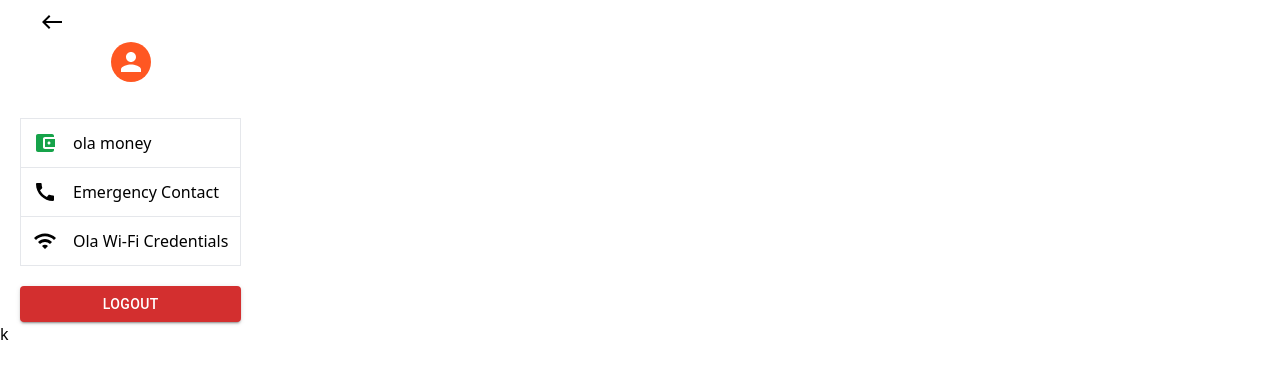
Repository: varijaalur155/cabbookingfrontend
Page: /profile
The author's editor kept a copy of each file at every save. The page is drawn from the files as they stood at one save, then again after the next save.
The browser window is 1280 px wide. The pictures show the whole page.
The project was rebuilt for these pictures with package versions that can differ from the ones it lists, and the page was loaded fresh each time. The framework's server and built-in components were replaced by stand-ins that run in the browser. Also part of the build but not shown: next.config.js, src/components/User/RidesCard/RideCard.jsx.

Above is the page before, as saved 2025-05-29 21:02:45.

### src/app/layout.js
import Providers from '@/Redux/Providers'
import './globals.css'
import { Inter } from 'next/font/google'

const inter = Inter({ subsets: ['latin'] })

export const metadata = {
  title: 'Create Next App',
  description: 'Generated by create next app',
}

export default function RootLayout({ children }) {
  return (
    <html lang="en">
      <body >
        <Providers Childeren={children}></Providers>

        </body>
    </html>
  )
}

### src/app/profile/page.jsx
"use client"
import Layout from '@/components/User/Layout/Layout'
import Profile from '@/components/User/Profile/Profile'
import React from 'react'

const page = () => {
  return (
    <div>
        <Layout children={<Profile/>}></Layout>
    </div>
  )
}

export default page

### src/Redux/Providers.jsx
"use client";
import React from "react";
import { Provider } from "react-redux";
import { store } from "./Store";

const Providers = ({ Childeren }) => {
  return <Provider store={store}>{Childeren}</Provider>;
};

export default Providers;

### src/components/User/Layout/Layout.jsx
import React, { Children } from 'react'
import {Grid,TextField,Button} from '@mui/material'

const Layout = ({children}) => {
  return (
    <main className="h-screen border-red-500 border-">
      <Grid container>
        <Grid item xs={12} md={12} lg={12}>
          { children}k
        </Grid>
        {/*
        <Grid item className="h-screen w-full " xs={0} md={4} lg={7}>
          <img
            className="w-full h-full object-cover object-right-top"
            src={
             "https://olawebcdn.com/images/v1/bg_city.jpg" || "/car.jpg"
            }
          ></img>
        </Grid>
        */}
      </Grid>
    </main>
  )
}

export default Layout

### src/components/User/Profile/Profile.jsx
"use client";

import React, { useEffect } from "react";
import WestIcon from "@mui/icons-material/West";
import RideCard from "../RidesCard/RideCard";
import { Avatar, Button } from "@mui/material";
import AccountBalanceWalletIcon from "@mui/icons-material/AccountBalanceWallet";


import { useRouter } from "next/navigation";
import { getUser, logout } from "@/Redux/Auth/Action";
import { useDispatch, useSelector } from "react-redux";
import { deepOrange } from "@mui/material/colors";
import { getCompletedRides } from "@/Redux/User/Action";
import CallIcon from '@mui/icons-material/Call';
import WifiIcon from '@mui/icons-material/Wifi';

const Profile = () => {
  const router = useRouter();
  const dispatch = useDispatch();
  const { auth,user } = useSelector((store) => store);
  const jwt = localStorage.getItem("jwt");
  const goBack = () => {
    router.back();
  };

  useEffect(() => {
    console.log("jwt --- ", jwt);
    if (jwt) {
      dispatch(getUser(jwt));
      dispatch(getCompletedRides());
    }
  }, [jwt]);

  const handleLogout = () => {
    dispatch(logout());
    router.push("/");
  };
  return (
    <div className="px-2 lg:px-5">
      <div className=" px-2 lg:px-5 py-2">
        <WestIcon className="cursor-pointer" onClick={goBack} />
      </div>
      <div className="flex flex-col items-center space-y-2">
        <Avatar sx={{ bgcolor: deepOrange[500] }}>
          {auth.user?.fullName ? auth.user?.fullName[0] : auth.user?.name[0]}
        </Avatar>
        <p>{auth.user?.fullName}</p>
        <p>{auth.user?.mobile}</p>
      </div>
     {user.completedRides.length>0 && <div className="border rounded-sm mt-5">
        <RideCard ride={user.completedRides[0]}/>
        {user.completedRides.length>1 && <div className="flex flex-col items-center p-3">
          <Button onClick={() => router.push("/your-rides")} variant="text">
            See all rides
          </Button>
        </div>}
      </div>}

      <div className="border mt-5">
        <div className="flex items-center p-3 border-b">
          <AccountBalanceWalletIcon className="text-green-600" />
          <p className="ml-4">ola money</p>
        </div>
        <div className="flex items-center p-3 border-b">
          <CallIcon />
          <p className="ml-4">Emergency Contact</p>
        </div>
        <div className="flex items-center p-3">
          <WifiIcon />
          <p className="ml-4">Ola Wi-Fi Credentials</p>
        </div>
      </div>

      <div className="mt-5">
        <Button
          onClick={handleLogout}
          className="w-full bg-red-500 text-white"
          color="error"
          variant="contained"
        >
          Logout
        </Button>
      </div>
    </div>
  );
};

export default Profile;

### src/Redux/Store.js
'use client'
import {applyMiddleware, combineReducers, legacy_createStore} from "redux"
import thunk from "redux-thunk";
import authReducer from "./Auth/Reducer";
import rideReducer from "./Ride/Reducer";
import driverReducer from "./Driver/Reducer";
import usersReducer from "./User/Reducer";



const rootReducers=combineReducers({
    auth:authReducer,
    ride:rideReducer,
    driver:driverReducer,
    user:usersReducer
});

export const store = legacy_createStore(rootReducers,applyMiddleware(thunk))

### src/Redux/Auth/Action.js
import axios from 'axios';
import {
  REGISTER_REQUEST,
  REGISTER_SUCCESS,
  REGISTER_FAILURE,
  LOGIN_REQUEST,
  LOGIN_SUCCESS,
  LOGIN_FAILURE,
  GET_USER_REQUEST,
  GET_USER_SUCCESS,
  GET_USER_FAILURE,
  LOGOUT
} from './ActionType';
import { API_BASE_URL, api } from '@/config/api';


// Register action creators
const registerRequest = () => ({ type: REGISTER_REQUEST });
const registerSuccess = (user) => ({ type: REGISTER_SUCCESS, payload:user });
const registerFailure = error => ({ type: REGISTER_FAILURE, payload: error });

export const registerUser = userData => async dispatch => {
  dispatch(registerRequest());
  try {
    const response=await axios.post(`${API_BASE_URL}/auth/user/signup`, userData);
    const user = response.data;
    if(user.jwt) localStorage.setItem("jwt",user.jwt)
    console.log("registerr :",user)
    dispatch(registerSuccess(user));
  } catch (error) {
    dispatch(registerFailure(error.message));
  }
};

// driver registration
export const registerDriver = userData => async dispatch => {
  dispatch(registerRequest());
  try {
    const response=await axios.post(`${API_BASE_URL}/auth/driver/signup`, userData);
    const user = response.data;
    if(user.jwt) localStorage.setItem("jwt",user.jwt)
    console.log("register driver :",user)
    dispatch(registerSuccess(user));
  } catch (error) {
    dispatch(registerFailure(error.message));
  }
};

// Login action creators
const loginRequest = () => ({ type: LOGIN_REQUEST });
const loginSuccess = user => ({ type: LOGIN_SUCCESS, payload: user });
const loginFailure = error => ({ type: LOGIN_FAILURE, payload: error });

export const login = userData => async dispatch => {
  dispatch(loginRequest());
  try {
    const response = await axios.post(`${API_BASE_URL}/auth/signin`, userData);
    const user = response.data;
    if(user.jwt) localStorage.setItem("jwt",user.jwt)
    console.log("login ",user)
    dispatch(loginSuccess(user));
  } catch (error) {
    dispatch(loginFailure(error.message));
  }
};



//  get user from token
export const getUser = (token) => {

  return async (dispatch) => {
    console.log("get user ",token)
    dispatch({ type: GET_USER_REQUEST });
    try {
      const response = await axios.get(`${API_BASE_URL}/profile`,{
        headers:{
          "Authorization":`Bearer ${token}`
        }
      });
      const user = response.data;
      dispatch({ type: GET_USER_SUCCESS, payload: user });
      console.log("req User ",user)
    } catch (error) {
      const errorMessage = error.message;
      dispatch({ type: GET_USER_FAILURE, payload: errorMessage });
    }
  };
};

//  get Driver from token
export const getDriver = (token) => {
  console.log("get driver ",token)
  return async (dispatch) => {
    dispatch({ type: GET_USER_REQUEST });
    try {
      const response = await axios.get(`${API_BASE_URL}/driver/profile`,{
        headers:{
          "Authorization":`Bearer ${token}`
        }
      });
      const user = response.data;
      dispatch({ type: GET_USER_SUCCESS, payload: user });
      console.log("req User ",user)
    } catch (error) {
      const errorMessage = error.message;
      dispatch({ type: GET_USER_FAILURE, payload: errorMessage });
    }
  };
};

export const logout = (token) => {
    return async (dispatch) => {
      dispatch({ type: LOGOUT });
      localStorage.clear();
    };
  };

### src/Redux/User/Action.js
import { api } from "@/config/api";
import {
  GET_COMPLETED_RIDES_FAILURE,
  GET_COMPLETED_RIDES_REQUEST,
  GET_COMPLETED_RIDES_SUCCESS,
} from "./ActionType";

export const getCompletedRides = () => {
  return async (dispatch) => {
    dispatch({ type: GET_COMPLETED_RIDES_REQUEST });

    try {
      const { data } = await api.get("/users/rides/completed");

      console.log("users completed rides",data)

      dispatch({
        type: GET_COMPLETED_RIDES_SUCCESS,
        payload: data,
      });

    } catch (error) {
      dispatch({
        type: GET_COMPLETED_RIDES_FAILURE,
        payload: error.message,
      });
    }
  };
};

export const generatePaymentLink = (rideId) => {
  return async (dispatch) => {
    // dispatch({ type: GET_COMPLETED_RIDES_REQUEST });

    try {
      const { data } = await api.post(`/payments/${+rideId}`);

      console.log("payment",data)

      // dispatch({
      //   type: GET_COMPLETED_RIDES_SUCCESS,
      //   payload: data,
      // });

      if(data.paymentLinkUrl){
        window.location.href=data.paymentLinkUrl;
      }

    } catch (error) {
      // dispatch({
      //   type: GET_COMPLETED_RIDES_FAILURE,
      //   payload: error.message,
      // });
      console.log("error ",error)
    }
  };
};

### src/Redux/Auth/Reducer.js

import {

    REGISTER_SUCCESS,
    REGISTER_FAILURE,
    LOGIN_REQUEST,
    LOGIN_SUCCESS,
    LOGIN_FAILURE,
    GET_USER_REQUEST,
    GET_USER_SUCCESS,
    GET_USER_FAILURE,
    LOGOUT,
    REGISTER_REQUEST,
  } from "./ActionType";

  const initialState = {
    user: null,
    isLoading: false,
    error: null,
  };

  const authReducer = (state = initialState, action) => {
    switch (action.type) {
      case REGISTER_REQUEST:
      case LOGIN_REQUEST:
        return { ...state, isLoading: true, error: null };
      case REGISTER_SUCCESS:
        return { ...state, isLoading: false };
      case REGISTER_FAILURE:
      case LOGIN_FAILURE:
        return { ...state, isLoading: false, error: action.payload };
      case LOGIN_SUCCESS:
        return { ...state, isLoading: false };
      case GET_USER_REQUEST:
        return { ...state, isLoading: true, error: null };
      case GET_USER_SUCCESS:
        return { ...state, isLoading: false, user: action.payload };
      case GET_USER_FAILURE:
        return { ...state, isLoading: false, error: action.payload };
        case LOGOUT:
          localStorage.removeItem("jwt");
          return { ...state, jwt: null, user: null };
      default:
        return state;
    }
  };

  export default authReducer;

### src/Redux/Ride/Reducer.js
// reducer.js

import {
  REQUEST_RIDE,
  REQUEST_RIDE_SUCCESS,
  REQUEST_RIDE_FAILURE,
  SEARCH_SUCCESS,
  SEARCH_REQUEST,
  SEARCH_FAILURE,
  FIND_RIDE_BY_ID_SUCCESS,
  FIND_RIDE_BY_ID,
  FIND_RIDE_BY_ID_FAILURE,
  ACCEPT_RIDE,
  ACCEPT_RIDE_SUCCESS,
  ACCEPT_RIDE_FAILURE,
  DECLINE_RIDE_SUCCESS,
  DECLINE_RIDE_FAILURE,
  DECLINE_RIDE,
  START_RIDE,
  START_RIDE_SUCCESS,
  START_RIDE_FAILURE,
  CURRENT_RIDE,
  CURRENT_RIDE_SUCCESS,
  CURRENT_RIDE_FAILURE,
  FINISH_RIDE_SUCCESS,
} from "./ActionType";

const initialState = {
  loading: false,
  ride: null,
  error: null,
  results: [],
};

const rideReducer = (state = initialState, action) => {
  switch (action.type) {
    case REQUEST_RIDE:
      return {
        ...state,
        loading: true,
        ride: null,
        error: null,
      };
    case REQUEST_RIDE_SUCCESS:
      return {
        ...state,
        loading: false,
        ride: action.payload,
        error: null,
      };
    case REQUEST_RIDE_FAILURE:
      return {
        ...state,
        loading: false,
        ride: null,
        error: action.payload,
      };

    case SEARCH_REQUEST:
      return {
        ...state,
        loading: true,
        error: null,
      };
    case SEARCH_SUCCESS:
      return {
        ...state,
        loading: false,
        results: action.payload,
        error: null,
      };
    case SEARCH_FAILURE:
      return {
        ...state,
        loading: false,
        results: [],
        error: action.payload,
      };
    case FIND_RIDE_BY_ID:
      return {
        ...state,
        loading: true,
        error: null,
      };
    case FIND_RIDE_BY_ID_SUCCESS:
      return {
        ...state,
        rideDetails: action.payload,
        loading: false,
        error: null,
      };
    case FIND_RIDE_BY_ID_FAILURE:
      return {
        ...state,
        ride: null,
        loading: false,
        error: action.payload,
      };
    case ACCEPT_RIDE:
      return { ...state, acceptingRide: true, error: null };
    case ACCEPT_RIDE_SUCCESS:
      return { ...state, acceptingRide: false, error: null };
    case ACCEPT_RIDE_FAILURE:
      return { ...state, acceptingRide: false, error: action.payload.error };
    case DECLINE_RIDE:
      return { ...state, decliningRide: true, error: null };
    case DECLINE_RIDE_SUCCESS:
      return { ...state, decliningRide: false, error: null };
    case DECLINE_RIDE_FAILURE:
      return { ...state, decliningRide: false, error: action.payload.error };
    case START_RIDE:
      return { ...state, startingRide: true, error: null };
    case START_RIDE_SUCCESS:
      return { ...state, startRide: action.payload, error: null };
    case START_RIDE_FAILURE:
      return { ...state, startingRide: false, error: action.payload.error };
    case CURRENT_RIDE:
      return { ...state, loading: true, error: null };
    case CURRENT_RIDE_SUCCESS:
      return {
        ...state,
        currentRide: action.payload,
        error: null,
        loading: false,
      };
    case CURRENT_RIDE_FAILURE:
      return {
        ...state,
        currentRide: null,
        error: action.payload.error,
        loading: false,
      };
      case FINISH_RIDE_SUCCESS:
      return {
        ...state,
        finisheRide: action.payload,
        error: null,
        loading: false,
      };
    default:
      return state;
  }
};

export default rideReducer;

### src/Redux/Driver/Reducer.js
import { COMPLETED_RIDE_SUCCESS, GET_ALLOCATED_RIDE_FAILURE, GET_ALLOCATED_RIDE_REQUEST, GET_ALLOCATED_RIDE_SUCCESS, GET_CURRENT_RIDE_FAILURE, GET_CURRENT_RIDE_REQUEST, GET_CURRENT_RIDE_SUCCESS } from "./ActionType";


const initialState = {
  ride: null,
  loading: false,
  error: null,
  allocated:[],
  current:null,
};

const driverReducer = (state = initialState, action) => {
  switch (action.type) {
    case GET_CURRENT_RIDE_REQUEST:
    case GET_ALLOCATED_RIDE_REQUEST:
      return {
        ...state,
        loading: true,
        error: null,
      };
    case GET_CURRENT_RIDE_SUCCESS:
      return {
        ...state,
        loading: false,
        currentRide: action.payload,
      };
      case GET_ALLOCATED_RIDE_SUCCESS:
       return { ...state,
        loading: false,
        allocated: action.payload,
      };
    case GET_CURRENT_RIDE_FAILURE:
      case GET_ALLOCATED_RIDE_FAILURE:
      return {
        ...state,
        loading: false,
        error: action.payload,
      };
      case COMPLETED_RIDE_SUCCESS:
        return {
          ...state,
          loading: false,
          completedRides: action.payload,
        };
    default:
      return state;
  }
};

export default driverReducer;

### src/Redux/User/Reducer.js
import { GET_COMPLETED_RIDES_FAILURE, GET_COMPLETED_RIDES_REQUEST, GET_COMPLETED_RIDES_SUCCESS } from "./ActionType";

const initialState = {
    completedRides: [],
    loading: false,
    error: null
  };

  const usersReducer = (state = initialState, action) => {
    switch (action.type) {
      case GET_COMPLETED_RIDES_REQUEST:
        return {
          ...state,
          loading: true,
          error: null
        };
      case GET_COMPLETED_RIDES_SUCCESS:
        return {
          ...state,
          completedRides: action.payload,
          loading: false,
          error: null
        };
      case GET_COMPLETED_RIDES_FAILURE:
        return {
          ...state,
          loading: false,
          error: action.payload
        };
      default:
        return state;
    }
  };

  export default usersReducer;

### src/config/api.js
"use client"

import axios from 'axios';
import { TextEncoder, TextDecoder } from 'text-encoding-utf-8';


export const API_BASE_URL = 'http://localhost:5454/api';

global.TextEncoder = TextEncoder;
global.TextDecoder = TextDecoder;

const api = axios.create({
  baseURL: API_BASE_URL,
});
const jwt=localStorage.getItem("jwt");
// const token = localStorage.getItem('jwt');

api.defaults.headers.common['Authorization'] = `Bearer ${jwt}`;

api.defaults.headers.post['Content-Type'] = 'application/json';

export { api };

### src/Redux/User/ActionType.js
export const GET_COMPLETED_RIDES_REQUEST="GET_COMPLETED_RIDES_REQUEST";
export const GET_COMPLETED_RIDES_SUCCESS ='GET_COMPLETED_RIDES_SUCCESS';
export const GET_COMPLETED_RIDES_FAILURE='GET_COMPLETED_RIDES_FAILURE';

### src/Redux/Ride/ActionType.js
// actionTypes.js

export const REQUEST_RIDE = 'REQUEST_RIDE';
export const REQUEST_RIDE_SUCCESS = 'REQUEST_RIDE_SUCCESS';
export const REQUEST_RIDE_FAILURE = 'REQUEST_RIDE_FAILURE';


// search location
export const SEARCH_REQUEST = 'SEARCH_REQUEST';
export const SEARCH_SUCCESS = 'SEARCH_SUCCESS';
export const SEARCH_FAILURE = 'SEARCH_FAILURE';


// find Ride by id
export const FIND_RIDE_BY_ID = 'FIND_RIDE_BY_ID';
export const FIND_RIDE_BY_ID_SUCCESS = 'FIND_RIDE_BY_ID_SUCCESS';
export const FIND_RIDE_BY_ID_FAILURE = 'FIND_RIDE_BY_ID_FAILURE';

// accept ride
export const ACCEPT_RIDE = 'ACCEPT_RIDE';
export const ACCEPT_RIDE_SUCCESS = 'ACCEPT_RIDE_SUCCESS';
export const ACCEPT_RIDE_FAILURE = 'ACCEPT_RIDE_FAILURE';

// decline ride
export const DECLINE_RIDE = 'DECLINE_RIDE';
export const DECLINE_RIDE_SUCCESS = 'DECLINE_RIDE_SUCCESS';
export const DECLINE_RIDE_FAILURE = 'DECLINE_RIDE_FAILURE';

// start ride
export const START_RIDE = 'START_RIDE';
export const START_RIDE_SUCCESS = 'START_RIDE_SUCCESS';
export const START_RIDE_FAILURE = 'START_RIDE_FAILURE';

// complete ride
export const FINISH_RIDE_SUCCESS="COMPLETE_RIDE_SUCCESS";

// current ride
export const CURRENT_RIDE = 'CURRENT_RIDE';
export const CURRENT_RIDE_SUCCESS = 'CURRENT_RIDE_SUCCESS';
export const CURRENT_RIDE_FAILURE = 'CURRENT_RIDE_FAILURE';

### src/Redux/Driver/ActionType.js
// get current ride of driver
export const GET_CURRENT_RIDE_REQUEST = 'GET_CURRENT_RIDE_REQUEST';
export const GET_CURRENT_RIDE_SUCCESS = 'GET_CURRENT_RIDE_SUCCESS';
export const GET_CURRENT_RIDE_FAILURE = 'GET_CURRENT_RIDE_FAILURE';


// GET ALLOCATED RIDE
export const GET_ALLOCATED_RIDE_REQUEST = 'GET_ALLOCATED_RIDE_REQUEST';
export const GET_ALLOCATED_RIDE_SUCCESS = 'GET_ALLOCATED_RIDE_SUCCESS';
export const GET_ALLOCATED_RIDE_FAILURE = 'GET_CURRENT_RIDE_FAILURE';


//

export const COMPLETED_RIDE_SUCCESS="COMPLETED_RIDE_SUCCESS";

Loaded but not shown: src/app/globals.css (common file); src/Redux/Auth/ActionType.js (common file); tailwind.config.js (common file)

After the next save:
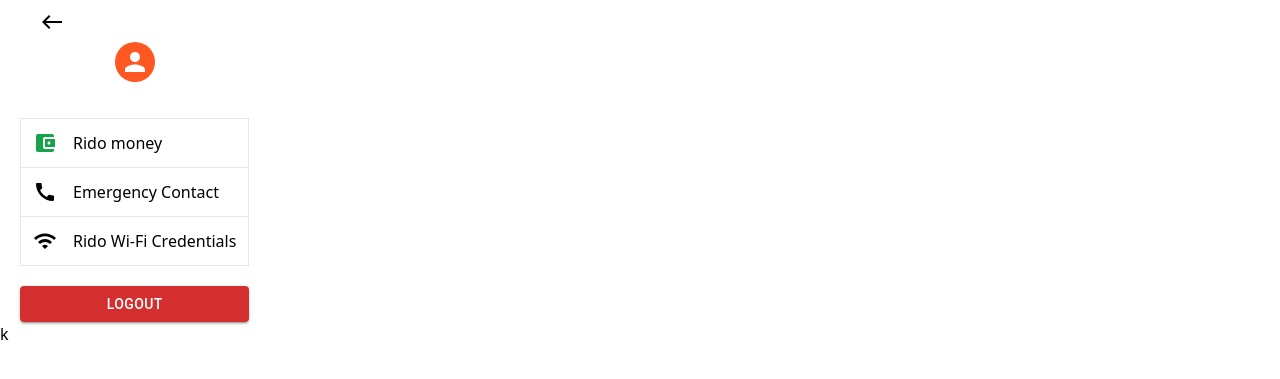
Saved 2 min 35 s later.
--- a/src/components/User/Profile/Profile.jsx
+++ b/src/components/User/Profile/Profile.jsx
@@ -60,7 +60,7 @@
       <div className="border mt-5">
         <div className="flex items-center p-3 border-b">
           <AccountBalanceWalletIcon className="text-green-600" />
-          <p className="ml-4">ola money</p>
+          <p className="ml-4">Rido money</p>
         </div>
         <div className="flex items-center p-3 border-b">
           <CallIcon />
@@ -68,7 +68,7 @@
         </div>
         <div className="flex items-center p-3">
           <WifiIcon />
-          <p className="ml-4">Ola Wi-Fi Credentials</p>
+          <p className="ml-4">Rido Wi-Fi Credentials</p>
         </div>
       </div>
 
